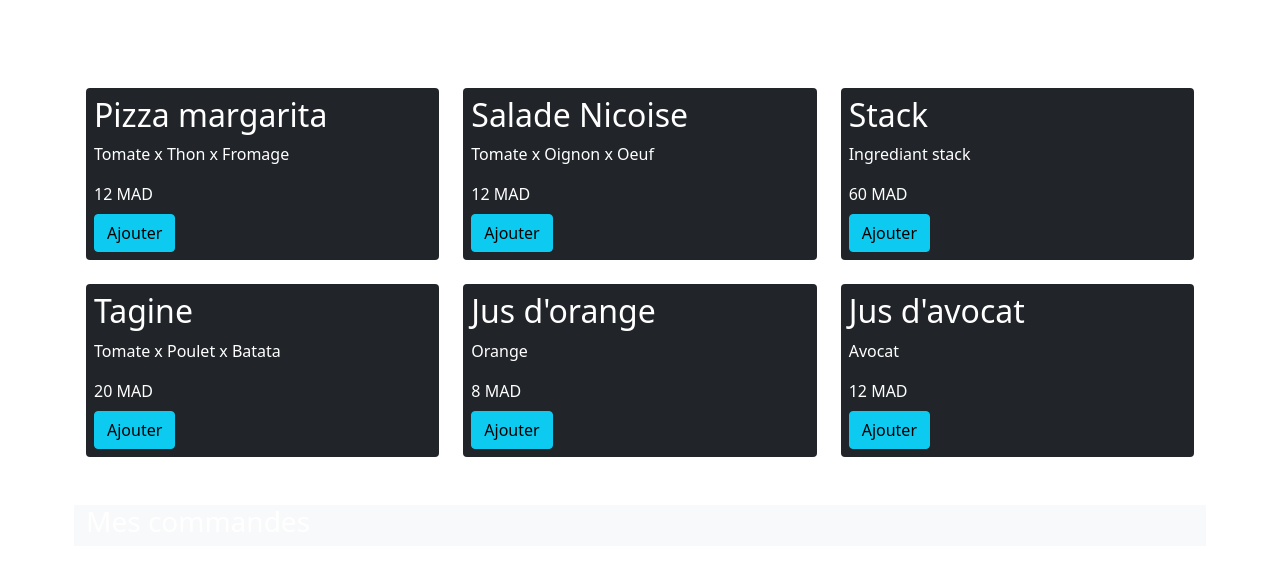
Repository: FS-23/my-restaurant
Page: /
The author's editor kept a copy of each file at every save. The page is drawn from the files as they stood at one save, then again after the next save.
The browser window is 1280 px wide. The pictures show the whole page.
The project was rebuilt for these pictures with package versions that can differ from the ones it lists, and the page was loaded fresh each time.

Above is the page before, as saved 2022-04-29 14:04:15.

### public/index.html
<!DOCTYPE html>
<html lang="en">
  <head>
    <meta charset="utf-8" />
    <link rel="icon" href="%PUBLIC_URL%/favicon.ico" />
    <meta name="viewport" content="width=device-width, initial-scale=1" />
    <meta name="theme-color" content="#000000" />
    <meta
      name="description"
      content="Web site created using create-react-app"
    />
    <link rel="apple-touch-icon" href="%PUBLIC_URL%/logo192.png" />
    <!--
      manifest.json provides metadata used when your web app is installed on a
      user's mobile device or desktop. See https://developers.google.com/web/fundamentals/web-app-manifest/
    -->
    <link rel="manifest" href="%PUBLIC_URL%/manifest.json" />
    <!--
      Notice the use of %PUBLIC_URL% in the tags above.
      It will be replaced with the URL of the `public` folder during the build.
      Only files inside the `public` folder can be referenced from the HTML.

      Unlike "/favicon.ico" or "favicon.ico", "%PUBLIC_URL%/favicon.ico" will
      work correctly both with client-side routing and a non-root public URL.
      Learn how to configure a non-root public URL by running `npm run build`.
    -->
    <title>React App</title>
    <!-- CSS only -->
<link href="https://cdn.jsdelivr.net/npm/bootstrap@5.1.3/dist/css/bootstrap.min.css" rel="stylesheet">
  </head>
  <body>
    <noscript>You need to enable JavaScript to run this app.</noscript>
    <div id="root"></div>
    <!--
      This HTML file is a template.
      If you open it directly in the browser, you will see an empty page.

      You can add webfonts, meta tags, or analytics to this file.
      The build step will place the bundled scripts into the <body> tag.

      To begin the development, run `npm start` or `yarn start`.
      To create a production bundle, use `npm run build` or `yarn build`.
    -->
  </body>
</html>

### src/index.css
.plat-container:hover {
     top: -10px;

}

.plat-container {
  top: 0;
  transition: top 0.5s;
}


.app-gradient-container {
   background-image: linear-gradient(160deg , red , blue);
   opacity: 0.2;
}

### src/App.js
import Menu from './components/Menu'
function App() {
  return (
    <div className="">
       <div className='vw-100 vh-100 position-fixed text-white'>
           <div className='position-absolute d-none top-0 w-100 h-100 bg-dark app-gradient-container'>

           </div>
           <div className="mt-5 p-3 rounded container ">
              <Menu />
           </div>
       </div>
    </div>
  );
}

export default App;

### src/components/Menu.js
import Plat from "./Plat"
function Menu(){
    let menuList = [
          {id: 1 , name: "Pizza margarita" , price: 12 , ingredient: "Tomate x Thon x Fromage"},
          {id: 2 , name: "Salade Nicoise" , price: 12 , ingredient: "Tomate x Oignon x Oeuf"},
          {id: 3 , name: "Stack" , price: 60 , ingredient: "Ingrediant stack"},
          {id: 4 , name: "Tagine" , price: 20 , ingredient: "Tomate x Poulet x Batata"},
          {id: 5 , name: "Jus d'orange" , price: 8 , ingredient: "Orange"},
          {id: 6 , name: "Jus d'avocat" , price: 12 , ingredient: "Avocat"},
    ]

    return (
        <div className="row">
           {
               menuList.map((menu) =>   < Plat name= {menu.name} price={menu.price} ingredient={menu.ingredient} />)
           }


           <div className="bg-light mt-5">
                <h3>Mes commandes</h3>
           </div>

        </div>
    )
}

export default Menu

### src/components/Plat.js

function Plat (props){
    return(
        <div className=" col-1 col-sm-2 col-lg-4 mt-4 position-relative plat-container" >
            <div className="bg-dark p-2 rounded">
                <h2>{props.name} </h2>
                <p> {props.ingredient}</p>
                <div>
                    {props.price} MAD
                </div>
                <button className="btn btn-info mt-2">Ajouter</button>
            </div>
       </div>


    )
}

export default Plat

Loaded but not shown: src/index.js (common file)

After the next save:
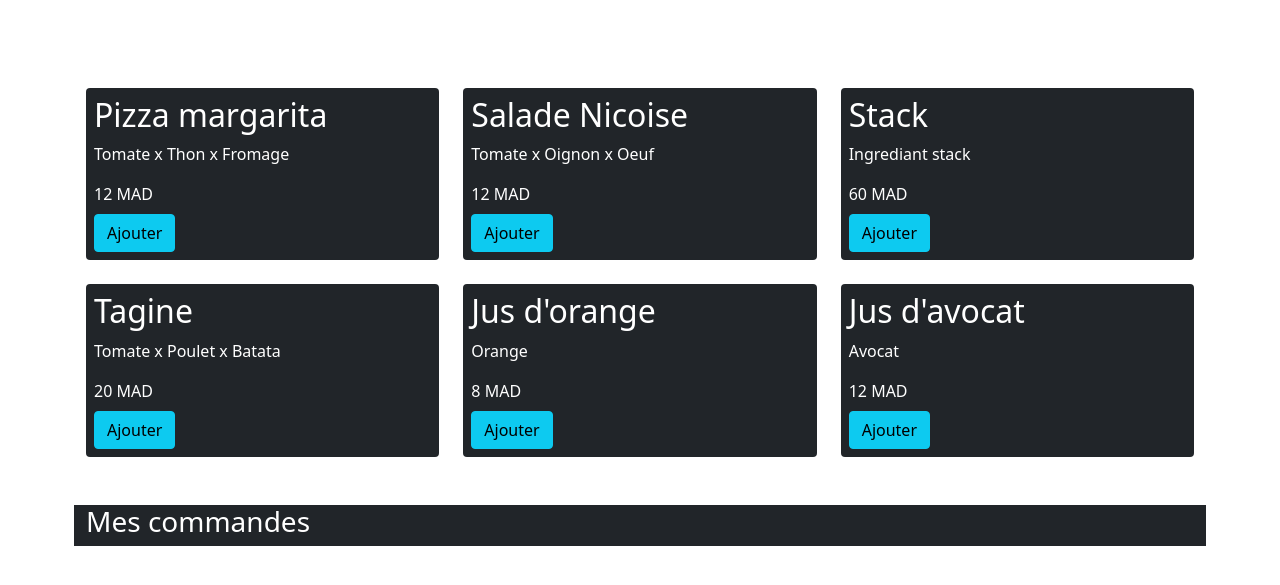
Saved 11 s later.
--- a/src/components/Menu.js
+++ b/src/components/Menu.js
@@ -16,7 +16,7 @@ function Menu(){
            }
 
 
-           <div className="bg-light mt-5">
+           <div className="bg-dark mt-5">
                 <h3>Mes commandes</h3>
            </div>
 
